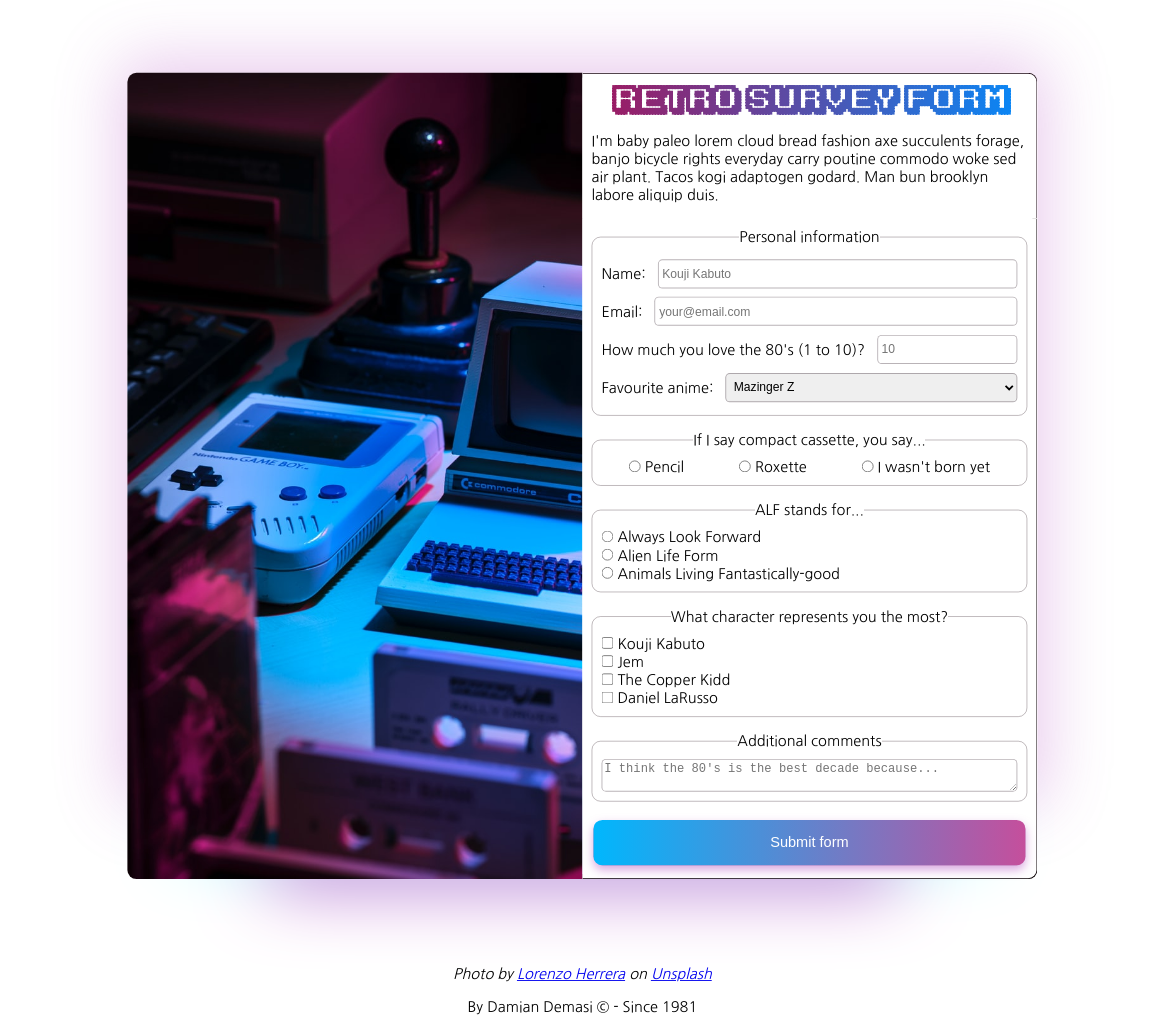
Repository: Colo-Codes/freecodecamp-02-Build-a-Survey-Form
Page: index.html
These files come from the project's save history. The page is drawn as it stood at one moment and after the next save; the edit follows.
The browser window is 1280 px wide. The pictures show the whole page, at 91% of full size.

Above is the page before, as saved 2021-05-19 08:37:59.

### index.html
<!DOCTYPE html>
<html lang="en">

<head>
    <meta charset="UTF-8">
    <meta http-equiv="X-UA-Compatible" content="IE=edge">
    <meta name="viewport" content="width=device-width, initial-scale=1.0">
    <link rel="stylesheet" href="./resources/css/index.css" type="text/css">
    <link rel="preconnect" href="https://fonts.gstatic.com">
    <link href="https://fonts.googleapis.com/css2?family=Nanum+Gothic:wght@400;800&display=swap" rel="stylesheet">
    <title>Retro Survey Form</title>
</head>

<body>
    <main id="grid-container">
        <header>
            <h1 id="title">Retro Survey Form</h1>
            <p id="description">I'm baby paleo lorem cloud bread fashion axe succulents forage, banjo bicycle rights
                everyday carry poutine commodo woke sed air plant. Tacos kogi adaptogen godard. Man bun brooklyn labore
                aliquip duis.</p>
        </header>
        <section>
            <form action="#" id="survey-form" method="POST">
                <fieldset id="personal-info">
                    <legend>Personal information</legend>
                    <label for="name" id="name-label">
                        Name: <input type="text" id="name" placeholder="Kouji Kabuto" required>
                    </label>
                    <label for="email" id="email-label">
                        Email: <input type="email" id="email" placeholder="your@email.com" required> <!-- validate -->
                    </label>
                    <label for="number" id="number-label">
                        How much you love the 80's (1 to 10)? <input type="number" id="number" placeholder="10" min="1"
                            max="10" required>
                    </label>
                    <label for="dropdown"> Favourite anime:
                        <select name="favourite" id="dropdown">
                            <option value="mazinger-z">Mazinger Z</option>
                            <option value="macross-robotech">Macross (Robotech)</option>
                            <option value="crusher-joe">Crusher Joe</option>
                            <option value="momo">Magical Princess Minky Momo</option>
                            <option value="gundam">Mobile Suit Zeta Gundam</option>
                            <option value="dragon-ball">Dragon Ball</option>
                            <option value="galactic-heroes">Legend of the Galactic Heroes</option>
                        </select>
                    </label>
                </fieldset>

                <fieldset id="cassette">
                    <legend>If I say compact cassette, you say...</legend>
                    <label for="pencil">
                        <input type="radio" name="cassette-match" value="pencil" id="pencil"> Pencil
                    </label>
                    <label for="roxette">
                        <input type="radio" name="cassette-match" value="roxette" id="roxette"> Roxette
                    </label>
                    <label for="not-born">
                        <input type="radio" name="cassette-match" value="not-born" id="not-born"> I wasn't born yet
                    </label>
                </fieldset>
                <fieldset id="alf">
                    <legend>ALF stands for...</legend>
                    <label for="always">
                        <input type="radio" name="alf" value="always" id="always"> Always Look Forward
                    </label>
                    <label for="alien">
                        <input type="radio" name="alf" value="alien" id="alien"> Alien Life Form
                    </label>
                    <label for="animals">
                        <input type="radio" name="alf" value="animals" id="animals"> Animals Living Fantastically-good
                    </label>
                </fieldset>
                <fieldset id="character">
                    <legend>What character represents you the most?</legend>
                    <label for="koji">
                        <input type="checkbox" name="character" value="koji" id="koji"> Kouji Kabuto
                    </label>
                    <label for="jem">
                        <input type="checkbox" name="character" value="jem" id="jem"> Jem
                    </label>
                    <label for="copper">
                        <input type="checkbox" name="character" value="copper" id="copper"> The Copper Kidd
                    </label>
                    <label for="larusso">
                        <input type="checkbox" name="character" value="larusso" id="larusso"> Daniel LaRusso
                    </label>
                </fieldset>
                <fieldset id="additional-comments">
                    <legend>Additional comments</legend>
                    <textarea name="additional-comments" id="textarea" cols="50" placeholder="I think the 80's is the best decade because..."></textarea>
                </fieldset>
                <div id="submit">
                    <input type="submit" value="Submit form">
                </div>
            </form>
        </section>
        <div id="main-image" role="img" aria-label="Retro computers and devices from the 80's under a blue and violet light"></div>
    </main>
    <div id="glow-1"></div>
    <div id="glow-2"></div>
    <footer>
        <p>Photo by <a href="https://unsplash.com/@lorenzoherrera?utm_source=unsplash&utm_medium=referral&utm_content=creditCopyText" target="_blank">Lorenzo Herrera</a> on <a href="https://unsplash.com/?utm_source=unsplash&utm_medium=referral&utm_content=creditCopyText" target="_blank">Unsplash</a></p>
        <p>By Damian Demasi &copy; - Since 1981</p>
    </footer>
</body>

</html>

### resources/css/index.css
@font-face {
    font-family: 'Karmatic Arcade';
    src: url("../fonts/ka1.ttf");
    font-weight: normal;
    font-style: normal;
}
/* Initial reset */
html {
    box-sizing: border-box;
    font-size: 16px;
}
*, *:before, *:after {
    box-sizing: inherit;
    margin: 0;
    padding: 0;
    /*outline: 1px dashed blue; /* Debugging purposes */
}
/* Grid */
#grid-container {
    width: 1000px; /* TODO media query */
    height: 800px; /* TODO media query */
    display: grid;
    flex-direction: row;
    margin: 5rem auto 50px auto;
    border-radius: 10px;
    /* border: 1px solid red; */
    grid-template: 1fr 1fr / 1fr 1fr;
    box-shadow: 0px -5px 70px 10px rgba(181, 83, 196, .3);

}
#main-image {
    background-image: url(../img/lorenzo-herrera-p0j-mE6mGo4-unsplash.jpg);
    background-repeat: no-repeat;
    background-position: 20%;
    background-size: cover;
    order: -1;
    grid-area: 1 / 1 / 3 / 2; /* the whole left column */
    border-radius: 10px 0 0 10px;
}
header {
    background-color: white;
    grid-area: 1 / 2 / 2 / 3; /* top right */
    border-radius: 0 10px 0 0;
    border-top: 1px solid rgb(26, 6, 18);
    border-right: 1px solid rgb(26, 6, 18);

}
section {
    background-color: white;
    grid-area: 2 / 2 / 3 / 3; /* top right */
    border-radius: 0 0 10px 0;
    border-bottom: 1px solid rgb(10, 1, 4);
    border-right: 1px solid rgb(10, 1, 4);
}
/* Form */
form {
    margin: 10px;
    font-family: 'Nanum Gothic', sans-serif;
}
h1 {
    margin-top: 10px;
    font-family: "Karmatic Arcade", sans-serif;
    text-align: center;
    background: linear-gradient(90deg, #A4155B, #028CFD);
    -webkit-background-clip: text;
    -webkit-text-fill-color: transparent;
}
header p {
    padding: 1em 10px 1em 10px;
    font-family: 'Nanum Gothic', sans-serif;
}
fieldset {
    padding: 10px;
    border: 1px solid rgba(26, 6, 18, .3);
    border-radius: 10px;
    margin-bottom: 1rem;;
}
legend {
    text-align: center;
}
#personal-info {
    display: flex;
    flex-direction: column;
    align-items: stretch;
}
#personal-info label {
    display: flex;
    margin: .3rem 0;
    align-items: center;
}
#personal-info input, #personal-info select {
    flex: 1 1 auto;
    margin-left: 1em;
    padding: 2px 4px;
    height: 2rem;
    border: 1px solid rgba(26, 6, 18, .3);
    border-radius: 5px;
}
#cassette {
    display: flex;
    flex-direction: row;
    flex-direction: row;
    justify-content: space-around;
}
#alf {
    display: flex;
    flex-direction: row;
    flex-flow: column;
    justify-content: space-around;
}
#character {
    display: flex;
    flex-direction: row;
    flex-flow: column;
    justify-content: space-around;
}
#additional-comments {
    display: flex;
}
#additional-comments textarea {
    flex: 1 1 auto;
    padding: 2px;
    max-width: 100%;
    border: 1px solid rgba(26, 6, 18, .3);
    border-radius: 5px;
    resize:vertical; /* will prevent resizing horizontally */
}
#submit {
    display: flex;
}
input[type=submit] {
    flex: 1 1 auto;
    background-color: #832D7C; /* fallback */
    background-image: linear-gradient(90deg, #00B7FD, #C54F9C);
    border: none;
    border-radius: 10px;
    color: white;
    padding: 16px;
    margin: 4px 2px;
    font-size: 1rem;
    cursor: pointer;
    box-shadow: 0 5px 10px rgba(181, 83, 196, .5);
  }
/* Glow */
#glow-1 {
    width: 850px; /* TODO media query */
    margin: -60px auto;
    box-shadow: 0px 40px 80px 10px #0ff;
}
#glow-2 {
    width: 650px; /* TODO media query */
    margin: -60px auto;
    box-shadow: 0px 80px 80px 20px rgb(181, 83, 196);
}
/* Footer */
footer {
    display: flex;
    margin-top: 15rem;
    flex-direction: column;
    justify-content: center;
    font-family: 'Nanum Gothic', sans-serif;
}
footer * {
    margin: 0 auto;
}
footer p:first-child {
    font-style: italic;
    margin-bottom: 1em;
}

After the next save:
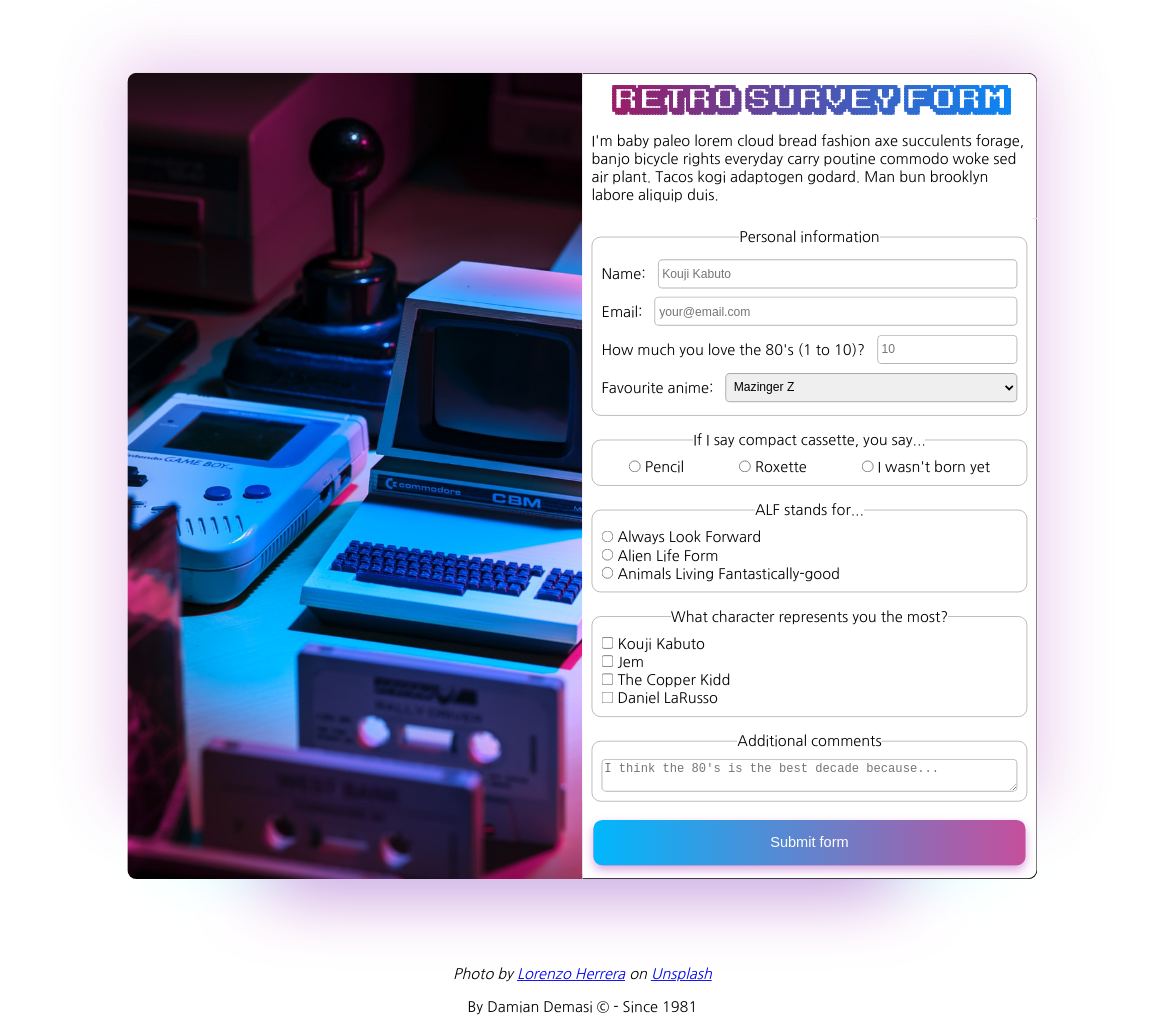
Saved 4 s later.
--- a/resources/css/index.css
+++ b/resources/css/index.css
@@ -31,7 +31,7 @@ html {
 #main-image {
     background-image: url(../img/lorenzo-herrera-p0j-mE6mGo4-unsplash.jpg);
     background-repeat: no-repeat;
-    background-position: 20%;
+    background-position: 30%;
     background-size: cover;
     order: -1;
     grid-area: 1 / 1 / 3 / 2; /* the whole left column */
